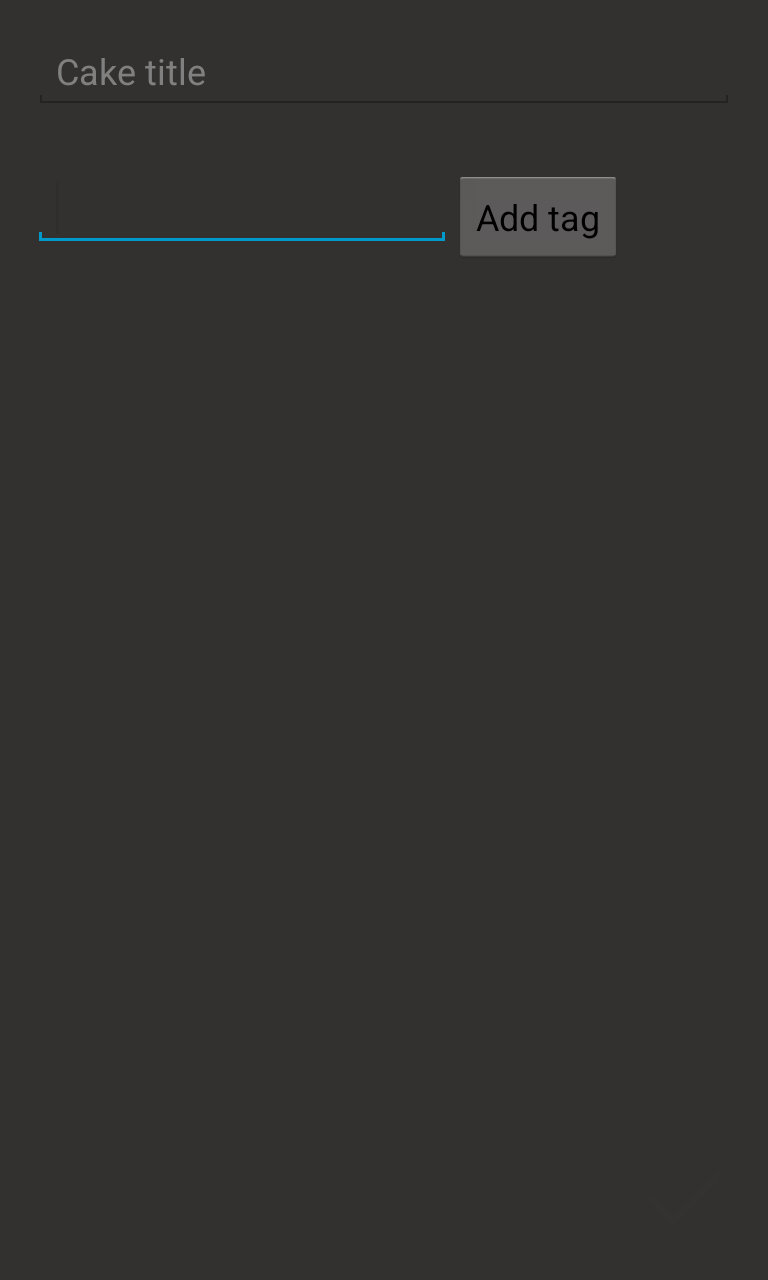
Repository: johnshaughnessy/onesec
Layout: OneSec-App/res/layout/activity_new_cake.xml
An editor plug-in stored every save of this project. The layout is shown before and after the next save, followed by the edit.
It is drawn on a 768 x 1280 px phone screen (xhdpi) without system bars, with theme RetroTheme; the app's code is not run.

Above is the layout before, as saved 2013-07-13 22:49:27.

After the next save:
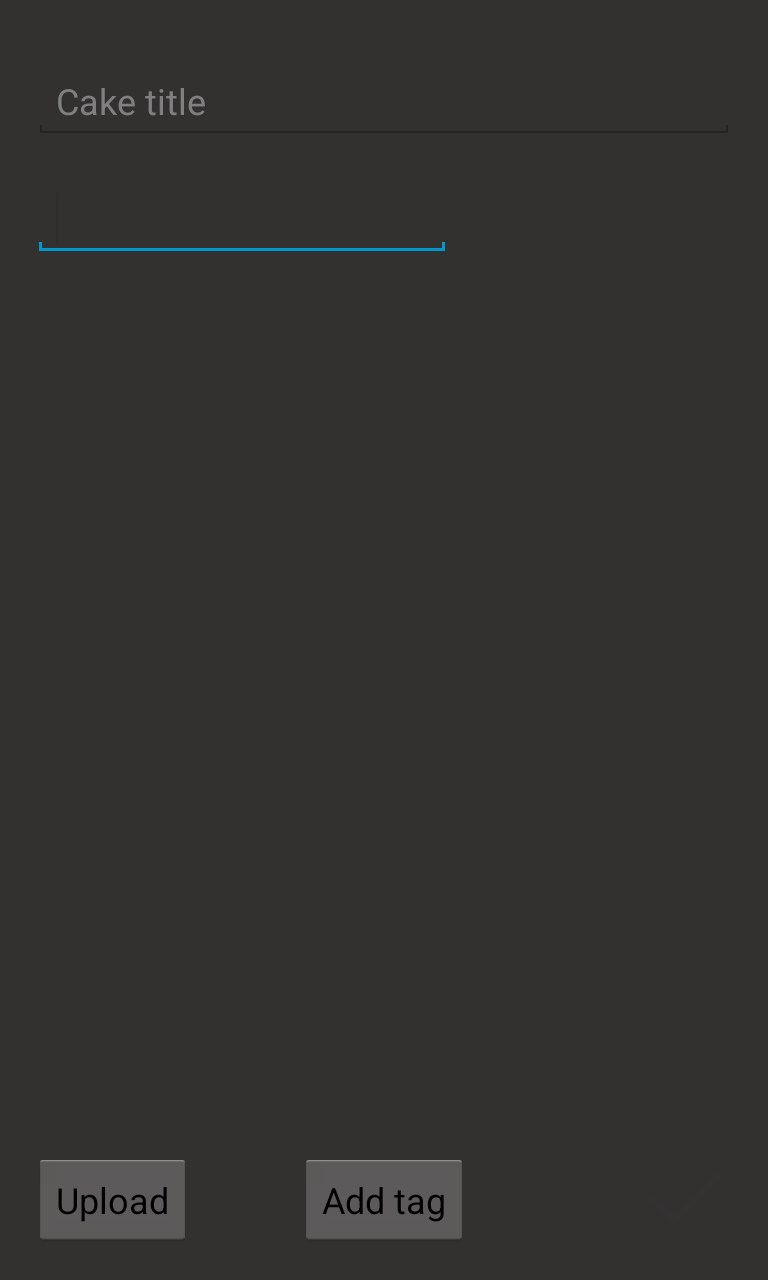
Saved 103 s later.
--- a/OneSec-App/res/layout/activity_new_cake.xml
+++ b/OneSec-App/res/layout/activity_new_cake.xml
@@ -8,10 +8,18 @@
     android:paddingTop="@dimen/activity_vertical_margin"
     tools:context=".NewCakeActivity" >
 
+    <ImageView
+        android:id="@+id/thumbnail"
+        android:layout_width="wrap_content"
+        android:layout_height="wrap_content"
+        android:layout_marginBottom="15dp"
+        android:layout_centerHorizontal="true" />
+
     <EditText
         android:id="@+id/title"
         android:layout_width="fill_parent"
         android:layout_height="wrap_content"
+        android:layout_below="@id/thumbnail"
         android:maxLines="1"
         android:inputType="text"
         android:hint="@string/hint_cake_title"
@@ -23,14 +31,6 @@
         android:layout_height="wrap_content"
         android:layout_below="@id/title"
         android:maxLines="1000"
-        android:layout_centerHorizontal="true" />
-
-    <ImageView
-        android:id="@+id/thumbnail"
-        android:layout_width="wrap_content"
-        android:layout_height="wrap_content"
-        android:layout_below="@id/date"
-        android:layout_marginBottom="10dp"
         android:layout_centerHorizontal="true" />
 
     <Button
@@ -46,7 +46,7 @@
         android:layout_width="wrap_content"
         android:layout_height="wrap_content"
         android:layout_alignLeft="@+id/title"
-        android:layout_below="@id/thumbnail"
+        android:layout_below="@+id/date"
         android:maxLines="1"
         android:inputType="text"
         android:ems="10" >
@@ -54,11 +54,20 @@
     </EditText>
 
     <Button
+        android:id="@+id/uploadCake"
+        android:layout_width="wrap_content"
+        android:layout_height="wrap_content"
+        android:layout_alignBottom="@+id/done"
+        android:layout_alignLeft="@+id/newCakeSprinkle"
+        android:onClick="uploadCake"
+        android:text="@string/upload" />
+
+    <Button
         android:id="@+id/addTag"
         android:layout_width="wrap_content"
         android:layout_height="wrap_content"
-        android:layout_below="@id/thumbnail"
-        android:layout_toRightOf="@id/newCakeSprinkle"
+        android:layout_alignBaseline="@+id/uploadCake"
+        android:layout_alignBottom="@+id/uploadCake"
         android:layout_centerHorizontal="true"
         android:onClick="addTag"
         android:text="@string/addTag" />
